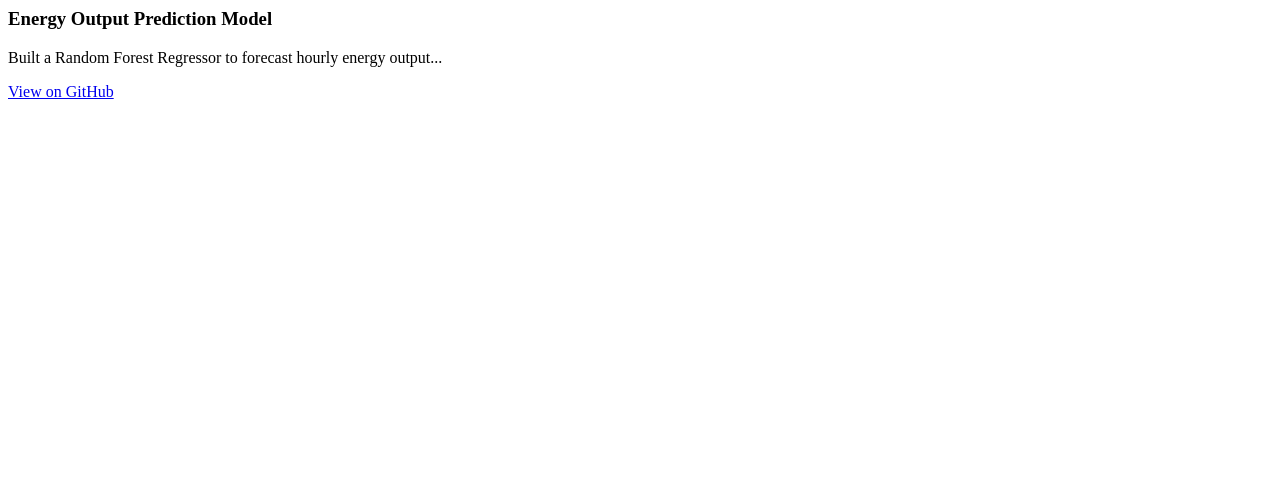
Repository: DarrelN15/DarrelN15.github.io
Page: projects.html
The author's editor kept a copy of each file at every save. The page is drawn from the files as they stood at one save, then again after the next save.
The browser window is 1280 px wide. The pictures show the whole page.

Above is the page before, as saved 2025-01-28 17:06:30.

After the next save:
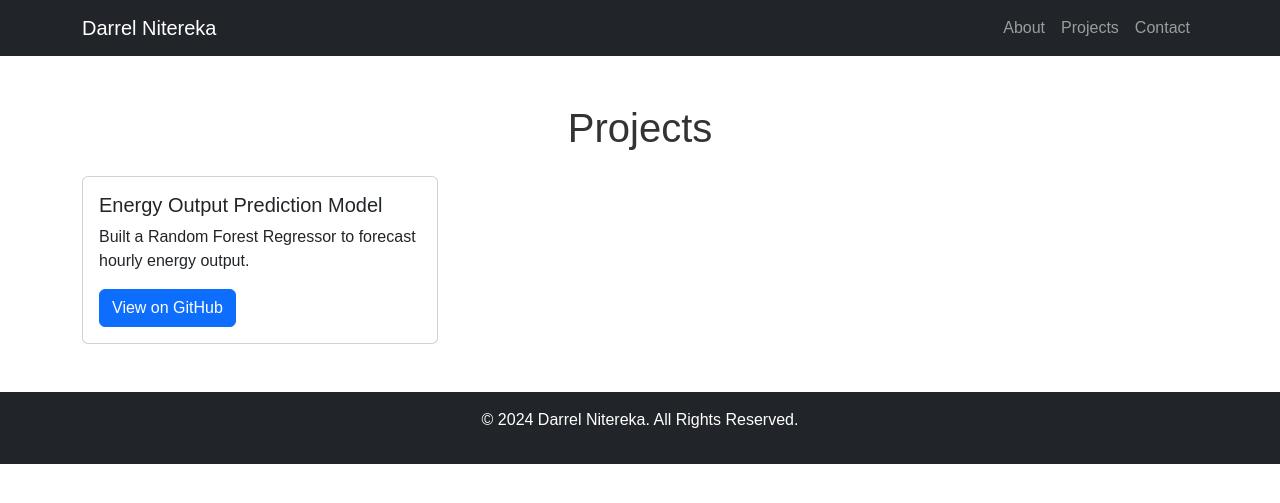
Saved 16 s later.
--- a/projects.html
+++ b/projects.html
@@ -1,5 +1,53 @@
-<div class="project">
-    <h3>Energy Output Prediction Model</h3>
-    <p>Built a Random Forest Regressor to forecast hourly energy output...</p>
-    <a href="https://github.com/username/project-repo" class="btn btn-primary">View on GitHub</a>
-  </div>
+<!DOCTYPE html>
+<html lang="en">
+<head>
+  <meta charset="UTF-8">
+  <meta name="viewport" content="width=device-width, initial-scale=1.0">
+  <title>Projects - Darrel Nitereka</title>
+  <link href="https://cdn.jsdelivr.net/npm/bootstrap@5.3.0/dist/css/bootstrap.min.css" rel="stylesheet">
+  <link rel="stylesheet" href="css/styles.css">
+</head>
+<body>
+  <nav class="navbar navbar-expand-lg navbar-dark bg-dark">
+    <div class="container">
+      <a class="navbar-brand" href="index.html">Darrel Nitereka</a>
+      <button class="navbar-toggler" type="button" data-bs-toggle="collapse" data-bs-target="#navbarNav">
+        <span class="navbar-toggler-icon"></span>
+      </button>
+      <div class="collapse navbar-collapse" id="navbarNav">
+        <ul class="navbar-nav ms-auto">
+          <li class="nav-item"><a class="nav-link" href="about.html">About</a></li>
+          <li class="nav-item"><a class="nav-link" href="projects.html">Projects</a></li>
+          <li class="nav-item"><a class="nav-link" href="contact.html">Contact</a></li>
+        </ul>
+      </div>
+    </div>
+  </nav>
+
+  <section class="py-5">
+    <div class="container">
+      <h1 class="text-center">Projects</h1>
+      <div class="row mt-4">
+        <div class="col-md-4">
+          <div class="card">
+            <div class="card-body">
+              <h5 class="card-title">Energy Output Prediction Model</h5>
+              <p class="card-text">Built a Random Forest Regressor to forecast hourly energy output.</p>
+              <a href="https://github.com/username/project-repo" class="btn btn-primary">View on GitHub</a>
+            </div>
+          </div>
+        </div>
+        <!-- Add more projects here -->
+      </div>
+    </div>
+  </section>
+
+  <footer class="bg-dark text-white text-center py-3">
+    <div class="container">
+      <p>&copy; 2024 Darrel Nitereka. All Rights Reserved.</p>
+    </div>
+  </footer>
+
+  <script src="https://cdn.jsdelivr.net/npm/bootstrap@5.3.0/dist/js/bootstrap.bundle.min.js"></script>
+</body>
+</html>
